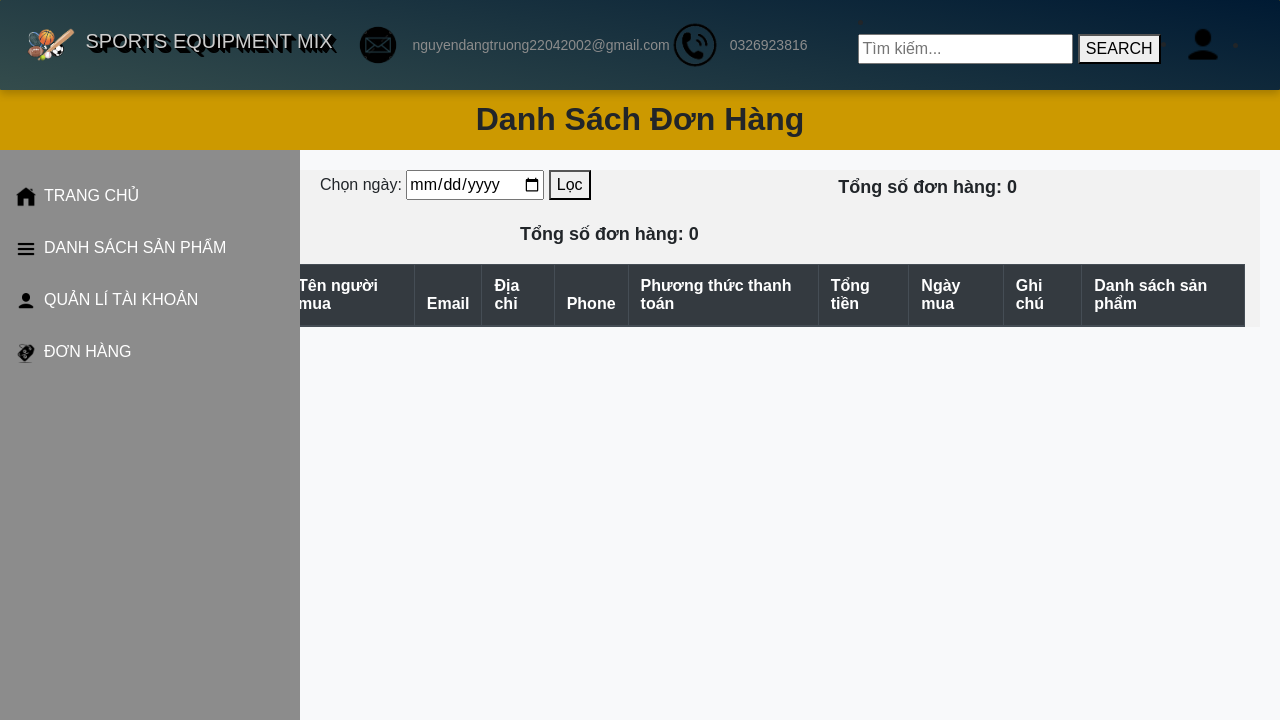
Repository: nguyendangtruong220420002/WWW-BanDungCuThietBiTheThao
Page: http://localhost/WebBanDungCuTheThao/QuanLy/DSDonHang.jsp
These files come from the project's save history. The page is drawn as it stood at one moment and after the next save; the edit follows.
The browser window is 1280 px wide. The pictures show the whole page.
The page is served by Tomcat 10. Other server files are loaded and not shown. The template is opened directly, without the code that normally fills it, so the values that code supplies are empty.

Above is the page before, as saved 2024-07-22 07:37:20.

### WebBanDungCuTheThao/src/main/webapp/QuanLy/DSDonHang.jsp
<%@ page language="java" contentType="text/html; charset=UTF-8"
	pageEncoding="UTF-8"%>
<%@ taglib uri="http://java.sun.com/jsp/jstl/core" prefix="c"%>

<%@ taglib uri="http://java.sun.com/jsp/jstl/functions" prefix="fn"%>
<%@ taglib uri="http://java.sun.com/jsp/jstl/fmt" prefix="fmt"%>
<html>
<head>
<meta charset="UTF-8">
<title>Quản Lý Đơn Hàng</title>
<link
	href="https://stackpath.bootstrapcdn.com/bootstrap/4.5.2/css/bootstrap.min.css"
	rel="stylesheet">
<!-- Bootstrap JS và jQuery -->
<script src="https://code.jquery.com/jquery-3.5.1.slim.min.js"></script>
<script
	src="https://cdn.jsdelivr.net/npm/@popperjs/core@2.9.2/dist/umd/popper.min.js"></script>
<script
	src="https://stackpath.bootstrapcdn.com/bootstrap/4.5.2/js/bootstrap.min.js"></script>
<style>
body {
	font-family: Arial, sans-serif;
	margin: 0;
	padding: 0;
	box-sizing: border-box;
	display: flex;
	flex-direction: column;
	min-height: 100vh;
}

.logo {
	display: flex;
	align-items: center;
	justify-content: space-around;
	padding: 10px;
	background: linear-gradient(10deg, #344c4c, #001a33);
	border-radius: 1px;
	box-shadow: 0 4px 8px rgba(0, 0, 0, 0.2);
}

.logo-left {
	display: flex;
	align-items: center;
}

.logo-right {
	display: flex;
	align-items: center;
}

.logo img {
	height: 50px;
	width: 50px;
	margin-right: 10px;
}

.logo h1 {
	font-size: 20px;
	text-shadow: 1px 1px 0 #000, 2px 2px 0 #000, 3px 3px 0 #000, 4px 4px 0
		#000, 5px 5px 0 #000;
	color: #cccccc;
	font-weight: 100;
	margin-right: 20px;
}

.contact-info {
	display: flex;
	align-items: center;
	margin-right: 20px;
}

.contact-info h2 {
	margin: 0;
	font-size: 14px;
	color: #8c8c8c;
}

.social-icons img {
	height: 40px;
	width: 40px;
	margin: 10px;
}

header {
	background-color: #cc9900;
	height: 150px;
}

.memu-icons {
	height: 15px;
	width: 15px;
	margin: 0 5px;
}

.user-menu {
	display: none;
	position: absolute;
	background-color: white;
	border: 1px solid #ccc;
	padding: 10px;
	right: 15px;
	top: 40px;
}

.user-menu a {
	display: block;
	color: #333;
	text-decoration: none;
	margin: 5px 0;
}

.user-icon {
	position: relative;
	cursor: pointer;
}

.sidebar {
	width: 300px;
	height: 100%;
	background-color: #8c8c8c;
	padding-top: 20px;
	position: fixed;
	top: 150px; /* Dưới header */
	left: 0;
	overflow-y: auto;
}

.nav-list {
	list-style-type: none;
	padding: 0;
	margin: 0;
}

.nav-list li {
	position: relative;
}

.nav-list li a {
	display: block;
	color: white;
	padding: 14px 16px;
	text-decoration: none;
}

.nav-list li a:hover {
	background-color: #111;
}

.menu-icons {
	height: 20px;
	width: 20px;
	margin-right: 8px;
}

.dropdown-content {
	display: none;
	background-color: #444;
	padding-left: 20px;
}

.dropdown-content a {
	color: white;
	padding: 12px 16px;
	text-decoration: none;
	display: block;
}

.dropdown-content a:hover {
	background-color: #555;
}

main {
	margin-left: 250px; /* Để lại khoảng trống cho sidebar */
	padding: 20px;
	flex: 1;
}

.show {
	display: block;
}
</style>
<script>
	function toggleUserMenu() {
		var userMenu = document.getElementById("user-menu");
		if (userMenu.style.display === "block") {
			userMenu.style.display = "none";
		} else {
			userMenu.style.display = "block";
		}
	}
	function toggleDropdown(event) {
		event.preventDefault();
		var dropdownContent = event.currentTarget.nextElementSibling;
		dropdownContent.classList.toggle("show");
	}
	function filterByDate() {
	    // Lấy ngày từ form lọc
	    const filterDate = document.getElementById('filterDate').value;
	    const formattedDate = new Date(filterDate).toISOString().split('T')[0]; // Định dạng ngày theo yyyy-MM-dd

	    // Lấy tất cả các hàng trong bảng
	    const rows = document.querySelectorAll('#paymentsTableBody tr');

	    rows.forEach(row => {
	        // Lấy giá trị ngày từ thuộc tính data-date
	        const rowDate = row.getAttribute('data-date');

	        // So sánh ngày để quyết định hiển thị hoặc ẩn hàng
	        if (rowDate === formattedDate) {
	            row.style.display = ''; // Hiển thị hàng
	        } else {
	            row.style.display = 'none'; // Ẩn hàng
	        }
	    });
	}

</script>


</head>
<body>
	<header>
		<div class="logo">
			<div class="logo-left">
				<img alt="" src="IMG/logo.png">
				<h1>SPORTS EQUIPMENT MIX</h1>
				<div class="contact-info">
					<img alt="" src="IMG/thu.png" class="social-icons">
					<h2>nguyendangtruong22042002@gmail.com</h2>
					<img alt="" src="IMG/call.png" class="social-icons">
					<h2>0326923816</h2>
				</div>
			</div>
			<div class="logo-right">
				<li>
					<form action="search.jsp" method="get">
						<input type="text" name="query" placeholder="Tìm kiếm...">
						<button type="submit">SEARCH</button>
					</form>
				</li>
				<li><a href="#" class="user-icon" onclick="toggleUserMenu()"><img
						alt="" src="IMG/user.png" style="height: 40px; width: 40px"></a>
					<div id="user-menu" class="user-menu">
						<c:choose>
							<c:when test="${not empty sessionScope.ten}">
								<span class="user-info font-weight-bold text-black"> <c:out
										value="Xin chào: ${sessionScope.ten}" />
								</span>
								<button type="button" class="btn btn-danger"
									onclick="confirmLogout()">Đăng Xuất</button>
							</c:when>
							<c:otherwise>
								<button type="button" class="btn btn-primary"
									data-toggle="modal" data-target="#loginModal">Đăng
									Nhập</button>
								<button type="button" class="btn btn-primary"
									data-toggle="modal" data-target="#registerModal">Đăng
									Ký</button>
							</c:otherwise>
						</c:choose>
					</div></li>
				<li>
			</div>
		</div>
		<div style="text-align: center; margin-top: 10px">
			<h2 style="font-weight: bold;">Danh Sách Đơn Hàng</h2>
		</div>
	</header>
	<nav class="sidebar">
		<ul class="nav-list">
			<li><a href="Admin.jsp"><img alt="" src="IMG/home.png"
					class="menu-icons">TRANG CHỦ</a></li>
			<li class="dropdown"><a href="javascript:void(0)"
				class="dropbtn" onclick="toggleDropdown(event)"><img alt=""
					src="IMG/menu.png" class="menu-icons">DANH SÁCH SẢN PHẨM</a>
				<div class="dropdown-content">
					<a href="DanhSachLoaiSanPhamServlet">Loại Sản phẩm</a> <a
						href="DanhSachSanPhamServlet">Sản phẩm</a>
				</div></li>
			<li><a href="users.jsp"><img alt="" src="IMG/user.png"
					class="menu-icons">QUẢN LÍ TÀI KHOẢN</a></li>
			<li><a href="DSDonHangServlet"><img alt=""
					src="IMG/sale.png" class="menu-icons">ĐƠN HÀNG</a></li>
		</ul>
	</nav>
	<main>
		<div class="container"
			style="background-color: #f2f2f2; max-width: 1600px">

			<div class="content">
				<div class="row mb"
					style="display: flex; align-items: center; margin-left: 20px;">

					<div class="col-md-4" style="display: flex; align-items: center;">
						<form id="filterForm" method="get">
							<label for="filterDate">Chọn ngày:</label> <input type="date"
								id="filterDate" name="filterDate" value="${filterDate}" />
							<button type="submit">Lọc</button>
						</form>
					</div>

					<div class="col-md-4"
						style="font-weight: bold; font-size: 18px; margin-left: 200px">

						<p>Tổng số đơn hàng: ${fn:length(payments)}</p>
					</div>
					<div class="col-md"
						style="font-weight: bold; font-size: 18px; margin-left: 200px">

						<p>Tổng số đơn hàng: ${fn:length(payments)}</p>
					</div>
				</div>

			</div>
			<table class="table table-bordered">
				<thead class="thead-dark">
					<tr>
						<th>Tên người mua</th>
						<th>Email</th>
						<th>Địa chỉ</th>
						<th>Phone</th>
						<th>Phương thức thanh toán</th>
						<th>Tổng tiền</th>
						<th>Ngày mua</th>
						<th>Ghi chú</th>
						<th>Danh sách sản phẩm</th>
					</tr>

				</thead>
				<tbody id="paymentsTableBody">
					<c:forEach var="payment" items="${payments}">
						<tr>
							<td>${payment.hoten}</td>
							<td>${payment.email}</td>
							<td>${payment.address}</td>
							<td>${payment.phone}</td>
							<td>${payment.paymentMethod}</td>
							<td>${payment.total}</td>
							<td><fmt:formatDate value="${payment.purchaseDate}"
									pattern="dd-MM-yyyy HH:mm" /></td>
							<td>${payment.ghichu}</td>
							<td>
								<ul>
									<c:forEach var="sanPham" items="${payment.sanPhams}">
										<li>Tên sản phẩm: ${sanPham.tensanpham}, Số lượng:
											${sanPham.soluong}, Giá: ${sanPham.giagiam}</li>
									</c:forEach>
								</ul>
							</td>
						</tr>
					</c:forEach>
				</tbody>

			</table>
		</div>
	</main>


	<footer> </footer>

	<jsp:include page="../Modal/register.jsp" />
	<jsp:include page="../Modal/login.jsp" />
	<!-- Modal Đăng ký thành công -->
	<div class="modal fade" id="registerSuccessModal" tabindex="-1"
		role="dialog" aria-labelledby="registerSuccessModalLabel"
		aria-hidden="true">
		<div class="modal-dialog" role="document">
			<div class="modal-content">
				<div class="modal-header">
					<h5 class="modal-title" id="registerSuccessModalLabel">Đăng Ký
						Thành Công</h5>
					<button type="button" class="close" data-dismiss="modal"
						aria-label="Close">
						<span aria-hidden="true">&times;</span>
					</button>
				</div>
				<div class="modal-body">Chúc mừng! Bạn đã đăng ký thành công.
				</div>
				<div class="modal-footer">
					<button type="button" class="btn btn-secondary"
						data-dismiss="modal">Đóng</button>
				</div>
			</div>
		</div>
	</div>

	<!-- JavaScript để hiển thị modal khi cần -->
	<script>
        $(document).ready(function() {
            <%-- Kiểm tra xem thuộc tính registerSuccess có trong session không --%>
            <% if (session.getAttribute("registerSuccess") != null && (Boolean) session.getAttribute("registerSuccess")) { %>
                <%-- Hiển thị modal "Đăng ký thành công" --%>
                $('#registerSuccessModal').modal('show');
            <% }
               session.removeAttribute("registerSuccess");
            %>
        });
    </script>
	<!-- Modal Đăng nhập thành công -->
	<div class="modal fade" id="loginSuccessModal" tabindex="-1"
		role="dialog" aria-labelledby="loginSuccessModalLabel"
		aria-hidden="true">
		<div class="modal-dialog" role="document">
			<div class="modal-content">
				<div class="modal-header">
					<h5 class="modal-title" id="loginSuccessModalLabel">Đăng Nhập
						Thành Công</h5>
					<button type="button" class="close" data-dismiss="modal"
						aria-label="Close">
						<span aria-hidden="true">&times;</span>
					</button>
				</div>
				<div class="modal-body">Chào mừng bạn đã đăng nhập thành công.
				</div>
				<div class="modal-footer">
					<button type="button" class="btn btn-secondary"
						data-dismiss="modal">Đóng</button>
				</div>
			</div>
		</div>
	</div>
	<script>
    $(document).ready(function() {

        <% if (session.getAttribute("loginSuccess") != null && (Boolean) session.getAttribute("loginSuccess")) { %>
            $('#loginSuccessModal').modal('show');
            <% session.removeAttribute("loginSuccess"); %>

            // Thay đổi nút "Đăng Nhập" và "Đăng Ký" thành nút "Đăng Xuất"
            var tenuser = '${sessionScope.ten}'; // Lấy tên người dùng từ session
            $('#user-menu').html('<span class="user-info font-weight-bold text-black">Xin Chào  ' + tenuser + '</span>' +
                '<button type="button" class="btn btn-danger" onclick="confirmLogout()">Đăng Xuất</button>');
        <% } %>
    });

    function confirmLogout() {
        // Hiển thị modal xác nhận đăng xuất
        $('#confirmLogoutModal').modal('show');
    }

    function logout() {
    	window.location.href = "LogoutServlet";
    }
</script>
	<!-- Modal Đăng nhập không thành công -->
	<div class="modal fade" id="loginFailedModal" tabindex="-1"
		role="dialog" aria-labelledby="loginFailedModalLabel"
		aria-hidden="true">
		<div class="modal-dialog" role="document">
			<div class="modal-content">
				<div class="modal-header">
					<h5 class="modal-title" id="loginFailedModalLabel">Đăng Nhập
						Không Thành Công</h5>
					<button type="button" class="close" data-dismiss="modal"
						aria-label="Close">
						<span aria-hidden="true">&times;</span>
					</button>
				</div>
				<div class="modal-body">Đăng nhập không thành công. Vui lòng
					kiểm tra lại email và mật khẩu.</div>
				<div class="modal-footer">
					<button type="button" class="btn btn-secondary"
						data-dismiss="modal">Đóng</button>
				</div>
			</div>
		</div>
	</div>
	<script>
    $(document).ready(function() {
        <%-- Kiểm tra xem thuộc tính loginFailed có trong session không --%>
        <% if (session.getAttribute("loginFailed") != null && (Boolean) session.getAttribute("loginFailed")) { %>
            <%-- Hiển thị modal "Đăng nhập không thành công" --%>
            $('#loginFailedModal').modal('show');
        <% }
           session.removeAttribute("loginFailed");
        %>
    });
</script>
	<!-- Modal xác nhận đăng xuất -->
	<div class="modal fade" id="confirmLogoutModal" tabindex="-1"
		role="dialog" aria-labelledby="confirmLogoutModalLabel"
		aria-hidden="true">
		<div class="modal-dialog" role="document">
			<div class="modal-content">
				<div class="modal-header">
					<h5 class="modal-title" id="confirmLogoutModalLabel">Xác nhận
						đăng xuất</h5>
					<button type="button" class="close" data-dismiss="modal"
						aria-label="Close">
						<span aria-hidden="true">&times;</span>
					</button>
				</div>
				<div class="modal-body">Bạn có chắc chắn muốn đăng xuất không?
				</div>
				<div class="modal-footer">
					<button type="button" class="btn btn-secondary"
						data-dismiss="modal">Hủy</button>
					<button type="button" class="btn btn-primary" onclick="logout()">Đăng
						xuất</button>
				</div>
			</div>
		</div>
	</div>





</body>
</html>

### WebBanDungCuTheThao/src/main/webapp/Modal/register.jsp
<%@ page language="java" contentType="text/html; charset=UTF-8"
    pageEncoding="UTF-8"%>
<!DOCTYPE html>
<html>
<head>
<meta charset="UTF-8">
<title>Register</title>
<link rel="stylesheet" href="https://stackpath.bootstrapcdn.com/bootstrap/4.3.1/css/bootstrap.min.css">
<style>
body {
    font-family: Arial, sans-serif;
    background-color: #f8f9fa;
    margin: 0;
    padding: 0;
}
.modal-content {
    border-radius: 8px;
    border: none;
}
.modal-header {
    background-color: #007bff;
    color: #fff;
    border-bottom: none;
    border-top-left-radius: 8px;
    border-top-right-radius: 8px;
}
.modal-title {
    margin: 0;
    font-weight: bold;
}
.close {
    color: #fff;
    opacity: 1;
}
.modal-body {
    padding: 20px;
}
.form-group label {
    font-weight: bold;
}
.form-control {
    border-radius: 4px;
    border: 1px solid #ced4da;
    padding: 10px;
}
.btn-primary {
    background-color: #007bff;
    border: none;
    border-radius: 4px;
    padding: 10px 20px;
}
.btn-primary:hover {
    background-color: #0056b3;
}
</style>
</head>
<body>
<div class="modal fade" id="registerModal" tabindex="-1" role="dialog" aria-labelledby="registerModalLabel" aria-hidden="true">
  <div class="modal-dialog" role="document">
    <div class="modal-content">
      <div class="modal-header">
        <h5 class="modal-title" id="registerModalLabel">Đăng Ký</h5>
        <button type="button" class="close" data-dismiss="modal" aria-label="Close">
          <span aria-hidden="true">&times;</span>
        </button>
      </div>
      <div class="modal-body">
        <form action="UserServlet" method="post">
          <div class="form-group">
            <label for="username">Họ và Tên</label>
            <input type="text" class="form-control" id="tenuser" name="tenuser" required>
          </div>
          <div class="form-group">
            <label for="password">Mật Khẩu</label>
            <input type="password" class="form-control" id="password" name="password" required>
          </div>
          <div class="form-group">
            <label for="email">Email</label>
            <input type="email" class="form-control" id="email" name="email" required>
          </div>
          <button type="submit" class="btn btn-primary">Đăng Ký</button>
        </form>
      </div>
    </div>
  </div>
</div>
<script src="https://code.jquery.com/jquery-3.3.1.slim.min.js"></script>
<script src="https://cdnjs.cloudflare.com/ajax/libs/popper.js/1.14.7/umd/popper.min.js"></script>
<script src="https://stackpath.bootstrapcdn.com/bootstrap/4.3.1/js/bootstrap.min.js"></script>
</body>
</html>

### WebBanDungCuTheThao/src/main/webapp/Modal/login.jsp
<%@ page language="java" contentType="text/html; charset=UTF-8"
	pageEncoding="UTF-8"%>
<%@ taglib uri="http://java.sun.com/jsp/jstl/core" prefix="c"%>
<!DOCTYPE html>
<html>
<head>
<meta charset="UTF-8">
<title>Login</title>
<link rel="stylesheet"
	href="https://stackpath.bootstrapcdn.com/bootstrap/4.3.1/css/bootstrap.min.css">
<style>
body {
	font-family: Arial, sans-serif;
	background-color: #f8f9fa;
	margin: 0;
	padding: 0;
}

.modal-content {
	border-radius: 8px;
	border: none;
}

.modal-header {
	background-color: #007bff;
	color: #fff;
	border-bottom: none;
	border-top-left-radius: 8px;
	border-top-right-radius: 8px;
}

.modal-title {
	margin: 0;
	font-weight: bold;
}

.close {
	color: #fff;
	opacity: 1;
}

.modal-body {
	padding: 20px;
}

.form-group label {
	font-weight: bold;
}

.form-control {
	border-radius: 4px;
	border: 1px solid #ced4da;
	padding: 10px;
}

.btn-primary {
	background-color: #007bff;
	border: none;
	border-radius: 4px;
	padding: 10px 20px;
}

.btn-primary:hover {
	background-color: #0056b3;
}
</style>
</head>
<body>
	<div class="modal fade" id="loginModal" tabindex="-1" role="dialog"
		aria-labelledby="loginModalLabel" aria-hidden="true">
		<div class="modal-dialog" role="document">
			<div class="modal-content">
				<div class="modal-header">
					<h5 class="modal-title" id="loginModalLabel">Đăng Nhập</h5>
					<button type="button" class="close" data-dismiss="modal"
						aria-label="Close">
						<span aria-hidden="true">&times;</span>
					</button>
				</div>
				<div class="modal-body">
					<form action="LoginServlet" method="post">
						<div class="form-group">
							<label for="email">Email :</label> <input type="text"
								class="form-control" id="email" name="email" required>

						</div>
						<div class="form-group">
							<label for="password">Mật Khẩu:</label> <input type="password"
								class="form-control" id="password" name="password" required>
						</div>
						<div class="form-group">
							<div class="checkbox">
								<label><input type="checkbox" name="remember">
									Nhớ tài khoảng</label>
							</div>
						</div>
						<button type="submit" class="btn btn-primary">Đăng Nhập</button>
					</form>
				</div>
			</div>
		</div>
	</div>
	<script src="https://code.jquery.com/jquery-3.3.1.slim.min.js"></script>
	<script
		src="https://cdnjs.cloudflare.com/ajax/libs/popper.js/1.14.7/umd/popper.min.js"></script>
	<script
		src="https://stackpath.bootstrapcdn.com/bootstrap/4.3.1/js/bootstrap.min.js"></script>
</body>
</html>

After the next save:
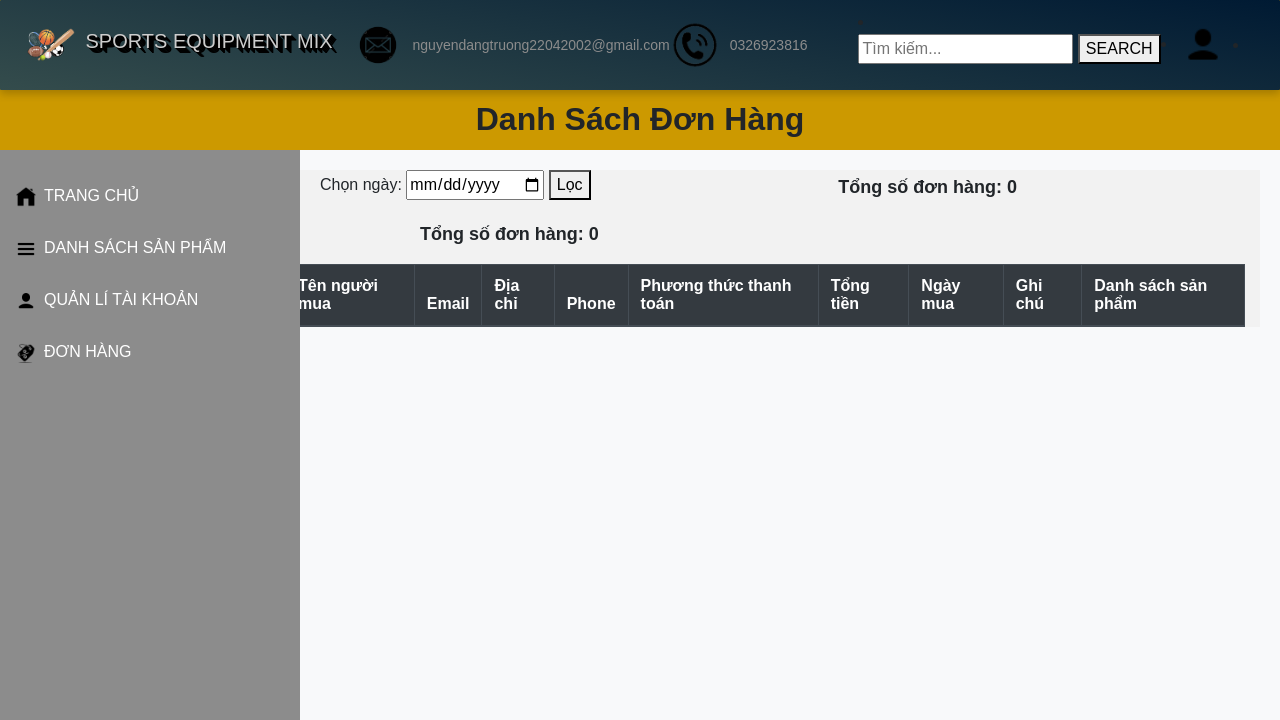
Saved 12 s later.
--- a/WebBanDungCuTheThao/src/main/webapp/QuanLy/DSDonHang.jsp
+++ b/WebBanDungCuTheThao/src/main/webapp/QuanLy/DSDonHang.jsp
@@ -305,7 +305,7 @@ main {
 						<p>Tổng số đơn hàng: ${fn:length(payments)}</p>
 					</div>
 					<div class="col-md"
-						style="font-weight: bold; font-size: 18px; margin-left: 200px">
+						style="font-weight: bold; font-size: 18px; margin-left: 100px">
 
 						<p>Tổng số đơn hàng: ${fn:length(payments)}</p>
 					</div>
